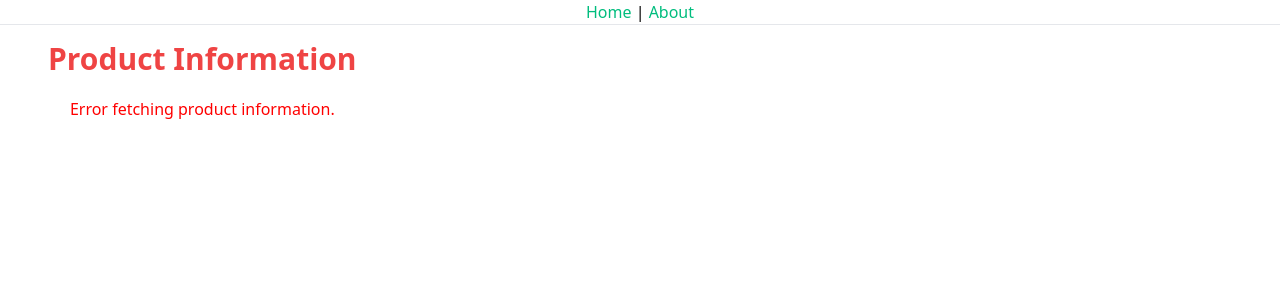
Repository: loktioncode/vectra-shop
Page: /
The author's editor kept a copy of each file at every save. The page is drawn from the files as they stood at one save, then again after the next save.
The browser window is 1280 px wide. The pictures show the whole page.
The page's requests for data from a server got no answer. The project was rebuilt for these pictures with package versions that can differ from the ones it lists, and the page was loaded fresh each time. No one was signed in, and anything a server would have sent is missing. Also part of the build but not shown: vite.config.ts, src/components/ProductCard.vue.

Above is the page before, as saved 2023-09-20 15:29:27.

After the next save:
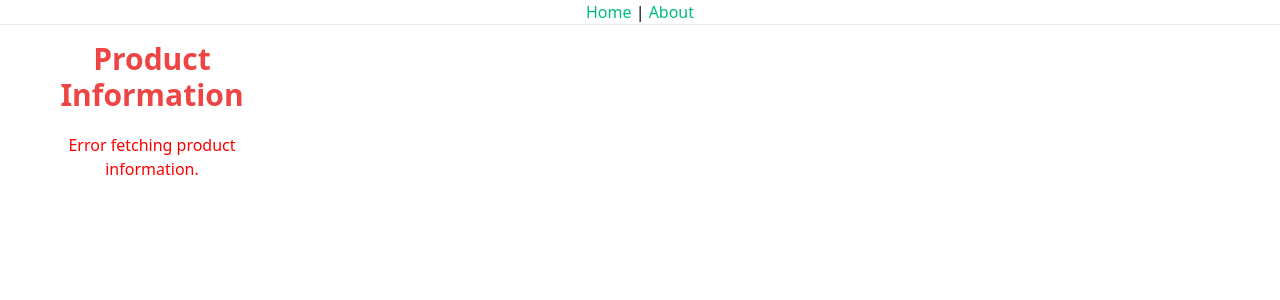
Saved 5 s later.
--- a/src/components/Products.vue
+++ b/src/components/Products.vue
@@ -6,7 +6,7 @@
     </div>
 
     <!-- Right Side for Product Information -->
-    <div class="w-70 p-4">
+    <div class="w-60 p-4">
       <h1 class="text-3xl text-red-500 font-bold mb-5">Product Information</h1>
       <div v-if="productStore.loading">Loading...</div>
       <div v-else>
